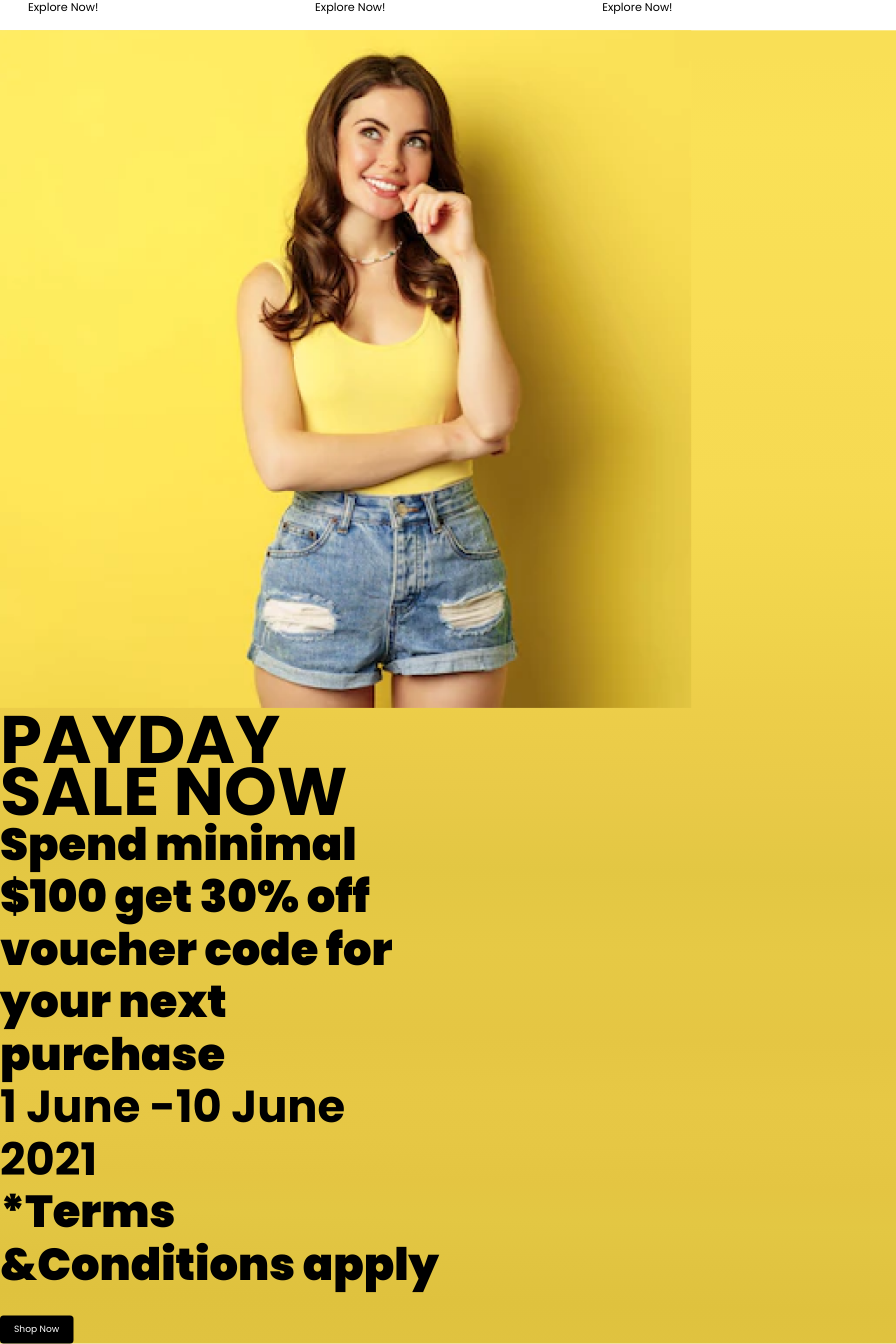
Repository: isaacCodes1/FashionSite
Page: index.html
These files come from the project's save history. The page is drawn as it stood at one moment and after the next save; the edit follows.
The browser window is 1280 px wide. The pictures show the part of the page from y = 1595 to 3515 px (the page is 3515 px tall before and 2904 px after), at 70% of full size.

Above is the page before, as saved 2024-03-12 13:23:13.

### index.html
<!DOCTYPE html>
<html lang="en">
  <head>
    <meta charset="UTF-8" />
    <meta name="viewport" content="width=device-width, initial-scale=1.0" />
    <title>Shopping Site Assignment</title>
    <link rel="stylesheet" href="style.css" />
  </head>
  <body>
    <header>
      <nav>
        <div class="image">
          <a href="#"><img src="/Assets/Vector.png" />FASHION</a>
        </div>
        <div class="navItems">
          <ul>
            <li><a href="#">CATALOGUE</a></li>
            <li><a href="#">FASHION</a></li>
            <li><a href="#">FAVORITE</a></li>
            <li><a href="#">LIFESTYLE</a></li>
          </ul>
          <button>SIGN UP</button>
        </div>
      </nav>
    </header>
    <main>
      <section class="firstPageCont">
        <div class="FirstPage">
          <div class="txtCont">
            <h1>
              <span class="spn1">LET'S <br /></span>EXPLORE <br />
              <span class="spn2">UNIQUE <br /></span>CLOTHES.
            </h1>
            <p>Live for Influential and Innovative fashion!</p>
            <div class="txtBtn">
              <img src="/Assets/Vector 9.png" alt="" />
              <button class="btns">Shop Now</button>
            </div>
          </div>
          <div class="imgCont">
            <img src="/Assets/girl.png" alt="" />
          </div>
        </div>
      </section>
      <section class="firstPageFooter">
        <div class="logoCont">
          <img src="/Assets/HM.png" alt="" />
          <img src="/Assets/Obey.png" alt="" />
          <img src="/Assets/Shopify.png" alt="" />
          <img src="/Assets/Lacoste.png" alt="" />
          <img src="/Assets/Levis.png" alt="" />
          <img src="/Assets/Amazon.png" alt="" />
        </div>
      </section>
      <section class="nextPageCont">
        <div class="nextPageText">
          <h1>NEW ARRIVALS</h1>
          <img src="/Assets/Vector 9.png" alt="">
        </div>
        <div class="prettyImages">
          <div class="Images">
            <div class="prettyImg">
              <img src="/Assets/image1.png" alt="">
            </div>
            <div class="prettyText">
              <div class="txtIcon">
                <h1>Hoodies & Sweatshirt</h1>
                <p>Explore Now!</p>
              </div>
              <div class="icons"></div>
            </div>
          </div>
          <div class="Images">
            <div class="prettyImg">
              <img src="/Assets/image2.png" alt="">
            </div>
            <div class="prettyText">
              <div class="txtIcon">
                <h1>Coats & Parkas</h1>
                <p>Explore Now!</p>
              </div>
              <div class="icons"></div>
            </div>
          </div>
          <div class="Images">
            <div class="prettyImg">
              <img src="/Assets/image3.png" alt="">
            </div>
            <div class="prettyText">
              <div class="txtIcon">
                <h1>Tees & T-Shirt</h1>
                <p>Explore Now!</p>
              </div>
              <div class="icons"></div>
            </div>
          </div>
        </div>
      </section>
      <section class="payDay">
        <div class="genDiv">
          <div class="yellowImg">
            <img src="/Assets/image 12.png" alt="">
          </div>
          <div class="yellowTxt">
            <h1><span class="spn3">PAYDAY</span><br>SALE NOW</h1>
            <p>Spend minimal $100 get 30% off  <br>voucher code for your next purchase</p>
            <p><strong>1 June -10 June 2021</strong></p>
            <p>*Terms &Conditions apply</p>
            <button class="btns">Shop Now</button>
          </div>
        </div>
      </section>
    </main>
  </body>
</html>

### style.css
@import url("https://fonts.googleapis.com/css2?family=Poppins:ital,wght@0,100;0,200;0,300;0,400;0,500;0,600;0,700;0,800;0,900;1,100;1,200;1,300;1,400;1,500;1,600;1,700;1,800;1,900&display=swap");
* {
  margin: 0;
  padding: 0;
  box-sizing: border-box;
  font-family: "Poppins", sans-serif;
}
nav {
  display: flex;
  align-items: center;
  justify-content: space-between;
  width: 100%;
  padding: 20px 40px;
}
.image a {
  display: flex;
  align-items: center;
  gap: 6px;
  text-decoration: none;
  color: #000;
  font-size: 16px;
  font-weight: 900;
}
.image a img {
  width: 16%;
}
.navItems {
  display: flex;
  gap: 30px;
  align-items: center;
}
.navItems ul {
  display: flex;
  gap: 30px;
  list-style: none;
}
.navItems ul li a {
  text-decoration: none;
  color: #000;
  font-size: 16px;
  font-weight: 500;
}
.navItems ul li:hover {
  transform: scale(1.05);
  transition: 1s ease-in-out;
}
.navItems button {
  border: 0;
  background: #000;
  padding: 10px 20px;
  color: #fff;
  border-radius: 5px;
  font-size: 13px;
}
.navItems button:hover {
  transform: scale(1.05);
  transition: 1s ease-in-out;
  color: #000;
  background: rgb(137, 136, 136);
}
/* firstPageCtn */
.firstPageCont {
  padding: 20px 40px;
}
.FirstPage {
  display: flex;
  flex: 1;
  width: 100%;
  height: 90vh;
  padding: 40px 10px 0px 10px;
  border-radius: 30px;
  background: #f4f6f5;
}
.txtCont {
  display: flex;
  flex: 0.5;
  flex-direction: column;
  gap: 10px;
  padding-left: 40px;
}

.txtCont h1 {
  font-size: 64px;
  font-weight: 900;
  width: 50%;
  line-height: 75px;
}

.txtCont p {
  font-size: 20px;
}
.txtBtn {
  display: flex;
  align-items: center;
  width: 80%;
  margin-top: 10px;
  gap: 10px;
}
.btns {
  border: 0;
  background: #000;
  padding: 10px 20px;
  color: #fff;
  border-radius: 5px;
  font-size: 13px;
}
.btns:hover {
  transform: scale(1.05);
  transition: 1s ease-in-out;
  color: #000;
  background: rgb(137, 136, 136);
}
.txtBtn img {
  width: 100px;
}
.imgCont {
  flex: 0.5;
  display: flex;
}
.spn1 {
  display: flex;
  align-items: center;
  background-image: url(/Assets/rectangle1.png);
  background-size: cover;
  background-repeat: no-repeat;
  width: 100%;
}
.spn2 {
  background-image: url(/Assets/Rectangle2.png);
  background-size: cover;
  background-repeat: no-repeat;
  padding-right: 50px;
}
/* next Page */
.firstPageFooter {
  background: #ebd96b;
  padding: 20px 30px;
  display: flex;
  align-items: center;
  justify-content: center;
}
.logoCont {
  display: flex;
  justify-content: center;
  gap: 50px;
}
.logoCont img {
  width: 7%;
}
.nextPageCont {
  margin-top: 20px;
  padding: 20px 40px;
  display: flex;
  flex-direction: column;
  gap: 50px;
}
.nextPageText {
  position: relative;
}
.nextPageText h1 {
  font-size: 38px;
  letter-spacing: 1px;
  font-weight: 900;
}
.nextPageText img {
  position: absolute;
  bottom: 5px;
  left: 160px;
  width: 10%;
  z-index: -1;
}
.prettyImages {
  display: flex;
  gap: 35px;
}
.Images {
  display: flex;
  flex-direction: column;
}
.prettyImg img {
  width: 100%;
}
.payDay {
  background: linear-gradient(
    1.32deg,
    #e0c340 0.13%,
    #dfc23e 3.97%,
    #e1c441 7.2%,
    #e3c743 10.13%,
    #e4c542 12.98%,
    #e6c744 15.99%,
    #e7c845 19.52%,
    #e5c643 23.96%,
    #e6c945 30.43%,
    #e3c743 36.49%,
    #e9ca48 42.49%,
    #edce49 49.35%,
    #f0d44c 55.42%,
    #f4d84f 61.43%,
    #f6da52 65.74%,
    #f7db53 72.23%,
    #f9dd55 77.43%,
    #f9df56 83.84%,
    #fae157 91.52%,
    #f9df56 97.87%
  );
}
.yellowTxt{
  font-size: 64px;
  font-weight: 900;
  width: 50%;
  line-height: 75px;
}

After the next save:
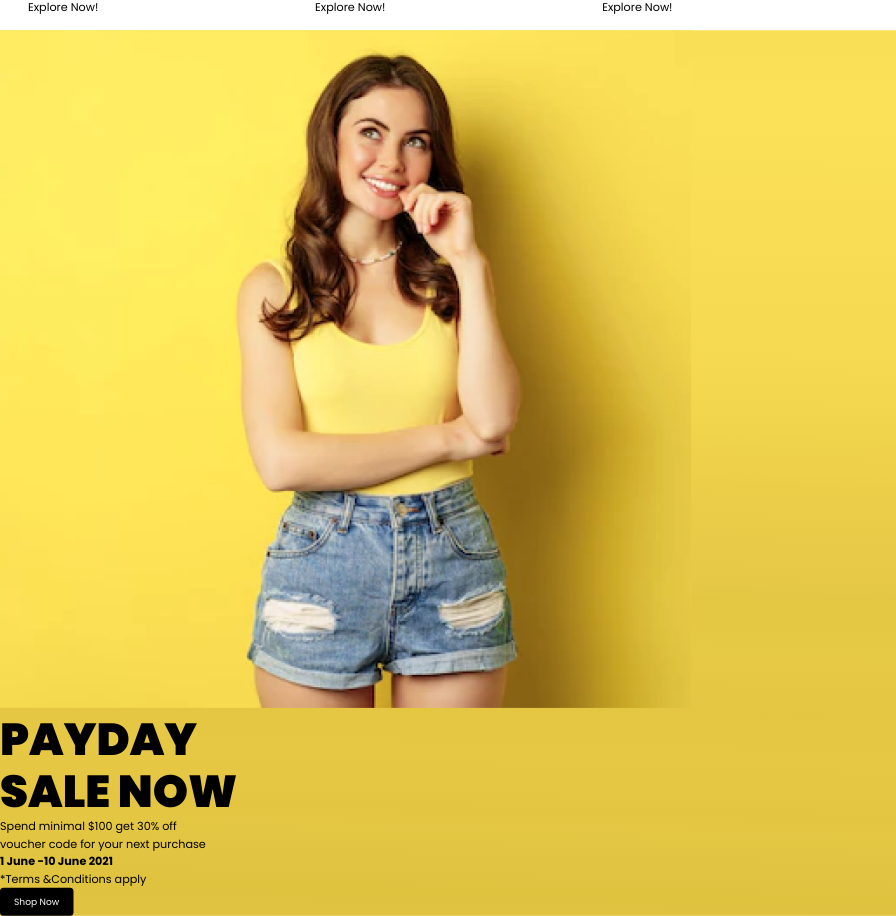
Saved 24 s later.
--- a/style.css
+++ b/style.css
@@ -205,7 +205,7 @@
     #f9df56 97.87%
   );
 }
-.yellowTxt{
+.yellowTxt h1{
   font-size: 64px;
   font-weight: 900;
   width: 50%;
